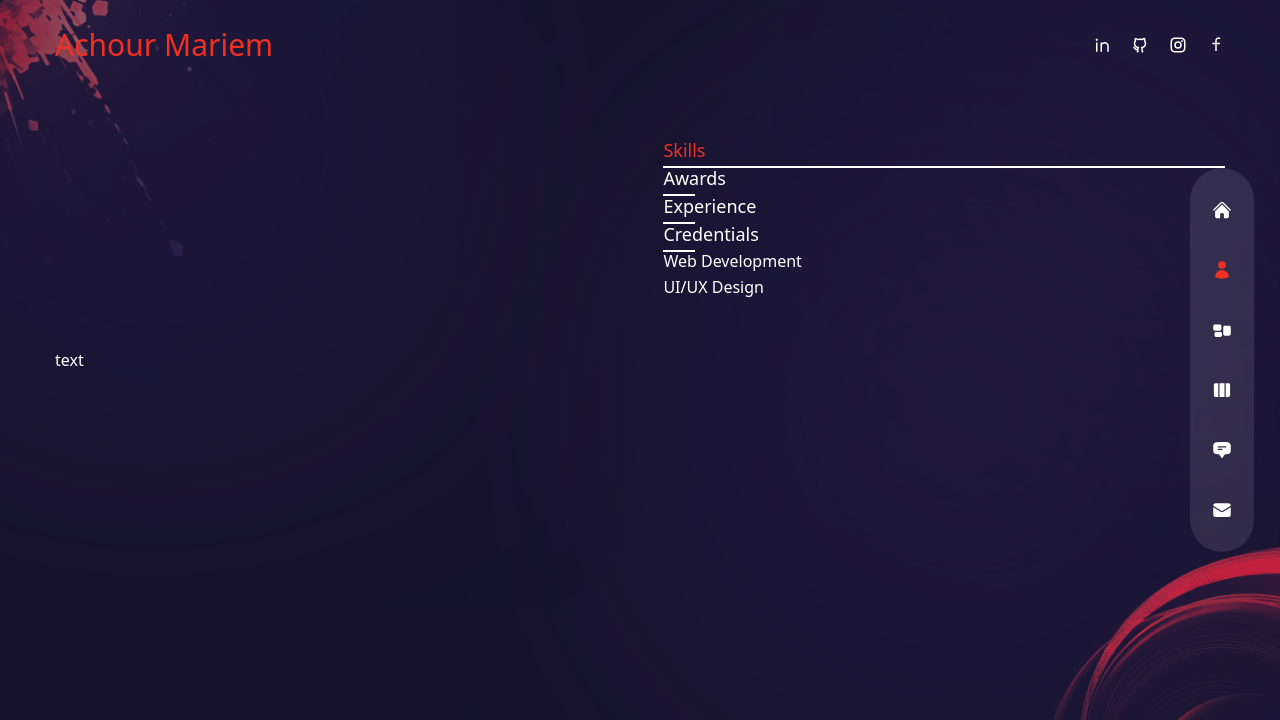
Repository: AchourMaryem/My-personal-portfolio
Page: /about
These files come from the project's save history. The page is drawn as it stood at one moment and after the next save; the edit follows.
The browser window is 1280 px wide. The pictures show the whole page.
The project was rebuilt for these pictures with package versions that can differ from the ones it lists, and the page was loaded fresh each time. The framework's server and built-in components were replaced by stand-ins that run in the browser. Also part of the build but not shown: next.config.js.

Above is the page before, as saved 2023-09-22 02:13:16.

After the next save:
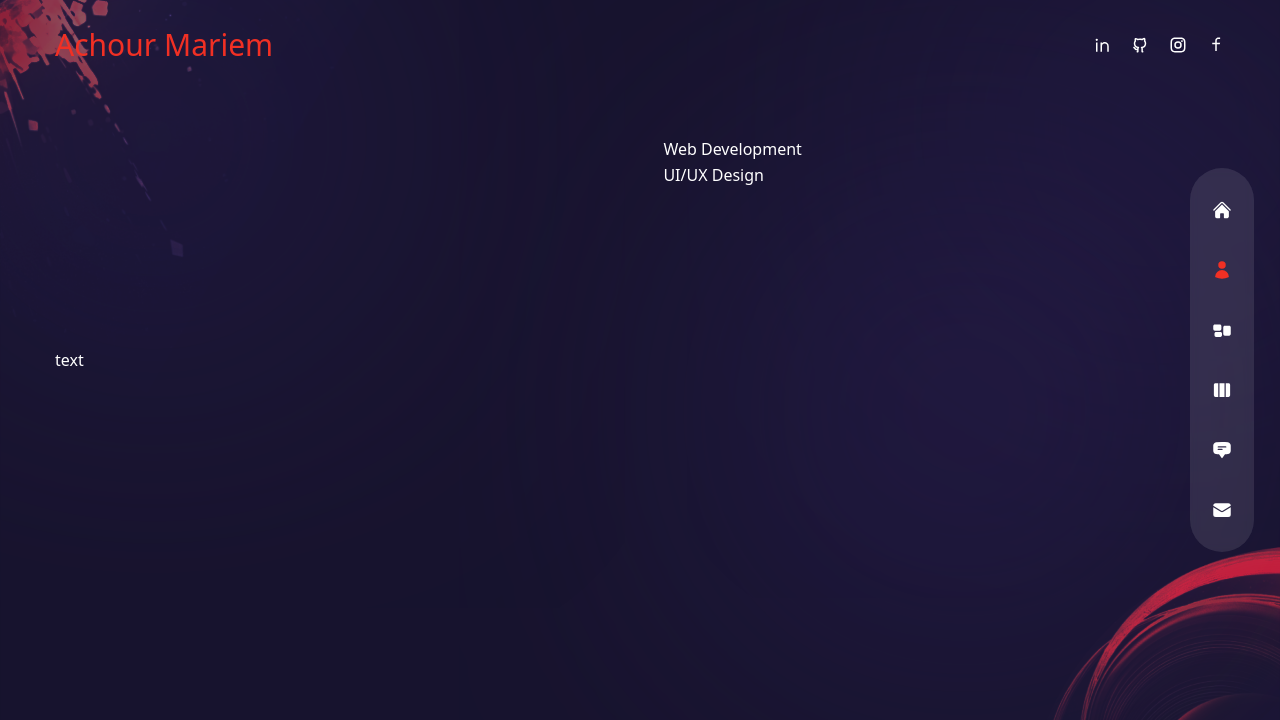
Saved 20 s later.
--- a/pages/about/index.js
+++ b/pages/about/index.js
@@ -114,19 +114,7 @@
         <div className='flex gap-x-4 xl:gap-x-8 mx-auto xl:mx-0 mb-4'>
         </div>
         <div>
-          {aboutData.map((item, itemIndex)=>{
-            return (
-              <div
-              key={itemIndex}
-              className={`${index === itemIndex && 'text-accent after:w-[100%] after:bg-accent after:transition-all after:duration-300'} cursor-pointer capitalize xl:text-lg relative after:w-8 after:h-[2px] after:bg-white after:absolute after:-bottom-1 after:left-0`}
-           onClick={()=> setIndex(itemIndex)}
-           >
-              {item.title}
-            </div>
-            );
-          })}
-        </div>
-        <div>
+
   {aboutData[index].info.map((item, itemIndex) => {
     return (
       <div key={itemIndex}>

After the save that followed:
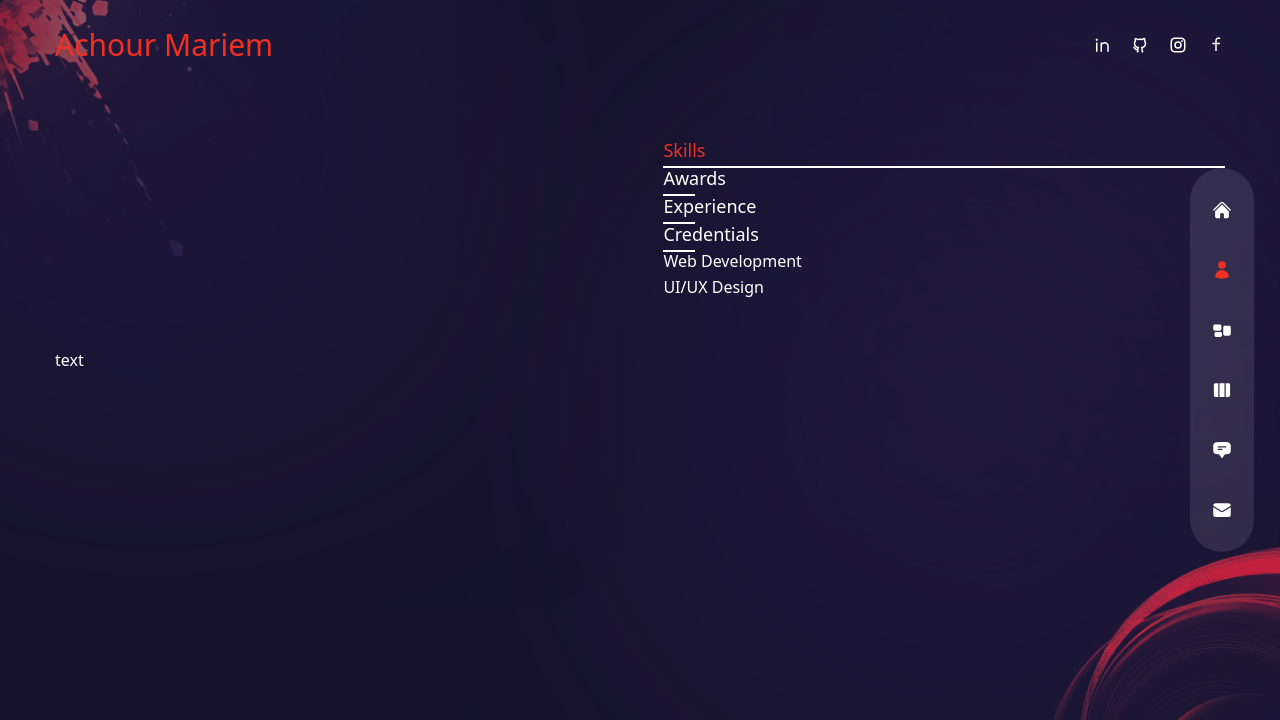
Saved 18 s later.
--- a/pages/about/index.js
+++ b/pages/about/index.js
@@ -114,7 +114,19 @@
         <div className='flex gap-x-4 xl:gap-x-8 mx-auto xl:mx-0 mb-4'>
         </div>
         <div>
-
+          {aboutData.map((item, itemIndex)=>{
+            return (
+              <div
+              key={itemIndex}
+              className={`${index === itemIndex && 'text-accent after:w-[100%] after:bg-accent after:transition-all after:duration-300'} cursor-pointer capitalize xl:text-lg relative after:w-8 after:h-[2px] after:bg-white after:absolute after:-bottom-1 after:left-0`}
+           onClick={()=> setIndex(itemIndex)}
+           >
+              {item.title}
+            </div>
+            );
+          })}
+        </div>
+        <div>
   {aboutData[index].info.map((item, itemIndex) => {
     return (
       <div key={itemIndex}>
